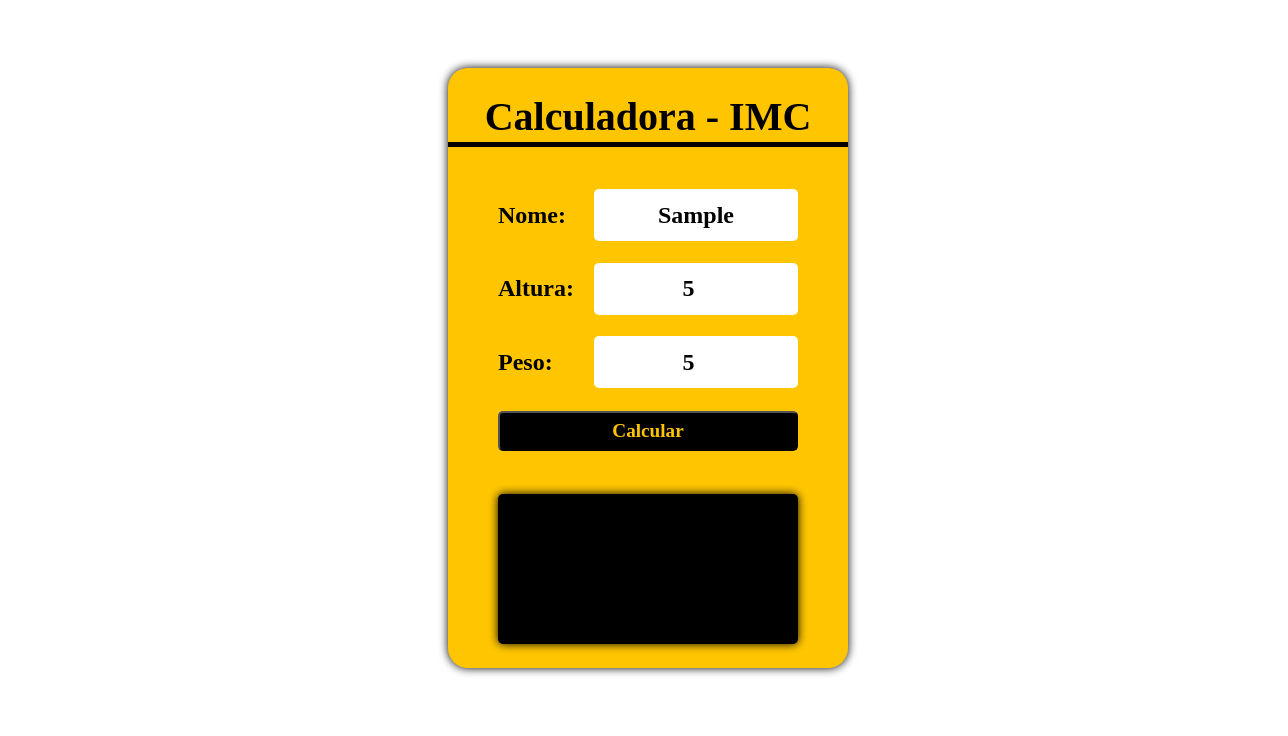
Repository: JhonMercedes/imc
Page: index.html
These files come from the project's save history. The page is drawn as it stood at one moment and after the next save; the edit follows.
The browser window is 1280 px wide. The page is 1288 px wide, so the pictures cover 1288 px, including what lies to the right of the window. The pictures show the whole page.
Empty fields were first filled with sample values (such as "Sample", 5 or name@example.com).
After loading, the first visible `#calcular` was clicked once.

Above is the page before, as saved 2021-11-29 20:51:21.
Console error: TypeError: Cannot set properties of undefined (setting 'textContent')

### index.html
<!DOCTYPE html>
<html lang="pt-BR">
  <head>
    <meta charset="UTF-8">
    <meta name="viewport" content="width=device-width, initial-scale=1.0">
    <title>IMC</title>
    <link rel="stylesheet" href="style.css">
  </head>
  <body>
    <main>
      <div class="container">
        <div class="title"> Calculadora - IMC </div>
        <div class="input">
            <label>Nome:</label>
            <input type="text" id='nome'>
        </div>
        <div class="input">
            <label>Altura:</label>
            <input type="number" id='altura'>
        </div>
        <div class="input">
            <label>Peso:</label>
            <input type="number" id='peso'>
        </div>
        <button id='calcular'>Calcular</button>

        <div class="result" id='resultado'></div>
      </div>
    </main>
    <script src="./imc.js"></script>
  </body>
</html>

### style.css
main{
  display: flex;
  width: 100vw;
  height: 100vh;
  justify-content: center;
  align-items: center;

}

.container{
  display: flex;
  flex-direction: column;
  background: rgb(255,198,0);
  width: 400px;
  height: 600px;
  align-items: center;
  justify-content: space-evenly;
  border-radius: 20px;
  box-shadow: 0 0 10px black;
}

.title{
  display: flex;
  justify-content: center;
  align-items: center;
  width: 100%;
  height: 50px;
  font: bold 2.5rem serif;
  border-bottom: solid 5px black;
  margin-bottom: 20px;
}

.input {
  display: flex;
  width: 300px;
  height: 50px;
  justify-content: space-between;
  align-items: center;
}
.input input {
  width: 200px;
  height: 50px;
  border-radius: 5px;
  border:none;
  outline: 0;
  font: bold 1.5rem serif;
  text-align: center;
}

.input label {
  font: bold 1.5rem serif;
}

button{
  width: 300px;
  height: 40px;
  font: bold 1.2rem serif;
  background: #000;
  color: rgb(255,198,0);
  outline: none;
  border-radius: 5px;
  cursor: pointer;
}

.result{
  display: flex;
  margin-top: 20px;
  align-items: center;
  width: 300px;
  height: 150px;
  border-radius: 5px;
  font: italic 1.5rem serif;
  box-shadow: 0px 0px 10px black;
  background: #000;
  color: rgb(255,198,0);
  padding: 20px;
  box-sizing: border-box;
  user-select: none;
}

### imc.js
const calcular = document.getElementById('calcular')

function imc (){
    const nome = document.getElementById('nome').value;
    const altura = document.getElementById('altura').value;
    const peso = document.getElementById('peso').value;
    const resultado = document.getElementById('resultado').value;

    if (nome !== '' && altura !== '' && peso !== '') {

        const valorIMC = (peso / (altura * altura)).toFixed(1);

        let classificacao = '';

        if (valorIMC < 18.5) {
            classificacao = 'abaixo do peso.';
        }else if (valorIMC < 25) {
            classificacao = 'com peso ideal, Parabéns!!!';
        }else if (valorIMC < 30) {
            classificacao = 'levemente acima do peso.';
        }else if (valorIMC < 35) {
            classificacao = 'com obesidade grau I';
        }else if (valorIMC < 40 ){
            classificacao = 'com obesidade grau II';
        }else {
            classificacao = 'com obesidade grau III, Cuidado!!!';
        }

        resultado.textContent = `${nome} seu IMC é ${valorIMC} e você está ${classificacao}`;

    }else {
        resultado.textContent = 'Preencha todos os campos!!';
    }
}

calcular.addEventListener('click', imc);

After the next save:
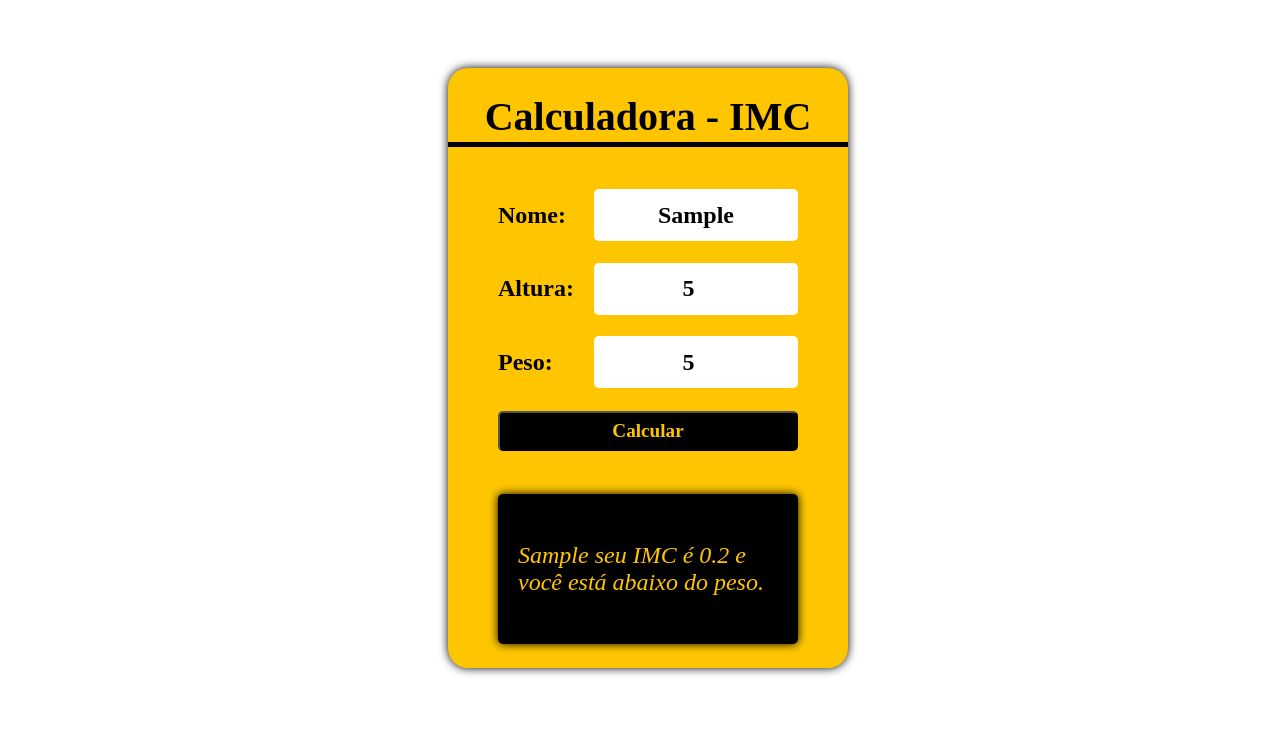
The error is gone.
Saved 61 s later.
--- a/imc.js
+++ b/imc.js
@@ -1,10 +1,10 @@
-const calcular = document.getElementById('calcular')
+const calcular = document.getElementById('calcular');
 
-function imc (){
+function imc () {
     const nome = document.getElementById('nome').value;
     const altura = document.getElementById('altura').value;
     const peso = document.getElementById('peso').value;
-    const resultado = document.getElementById('resultado').value;
+    const resultado = document.getElementById('resultado');
 
     if (nome !== '' && altura !== '' && peso !== '') {
 
@@ -12,25 +12,26 @@ function imc (){
 
         let classificacao = '';
 
-        if (valorIMC < 18.5) {
+        if (valorIMC < 18.5){
             classificacao = 'abaixo do peso.';
         }else if (valorIMC < 25) {
-            classificacao = 'com peso ideal, Parabéns!!!';
-        }else if (valorIMC < 30) {
+            classificacao = 'com peso ideal. Parabéns!!!';
+        }else if (valorIMC < 30){
             classificacao = 'levemente acima do peso.';
-        }else if (valorIMC < 35) {
-            classificacao = 'com obesidade grau I';
-        }else if (valorIMC < 40 ){
+        }else if (valorIMC < 35){
+            classificacao = 'com obesidade grau I.';
+        }else if (valorIMC < 40){
             classificacao = 'com obesidade grau II';
         }else {
-            classificacao = 'com obesidade grau III, Cuidado!!!';
+            classificacao = 'com obesidade grau III. Cuidado!!';
         }
 
         resultado.textContent = `${nome} seu IMC é ${valorIMC} e você está ${classificacao}`;
 
     }else {
-        resultado.textContent = 'Preencha todos os campos!!';
+        resultado.textContent = 'Preencha todos os campos!!!';
     }
+
 }
 
 calcular.addEventListener('click', imc);
